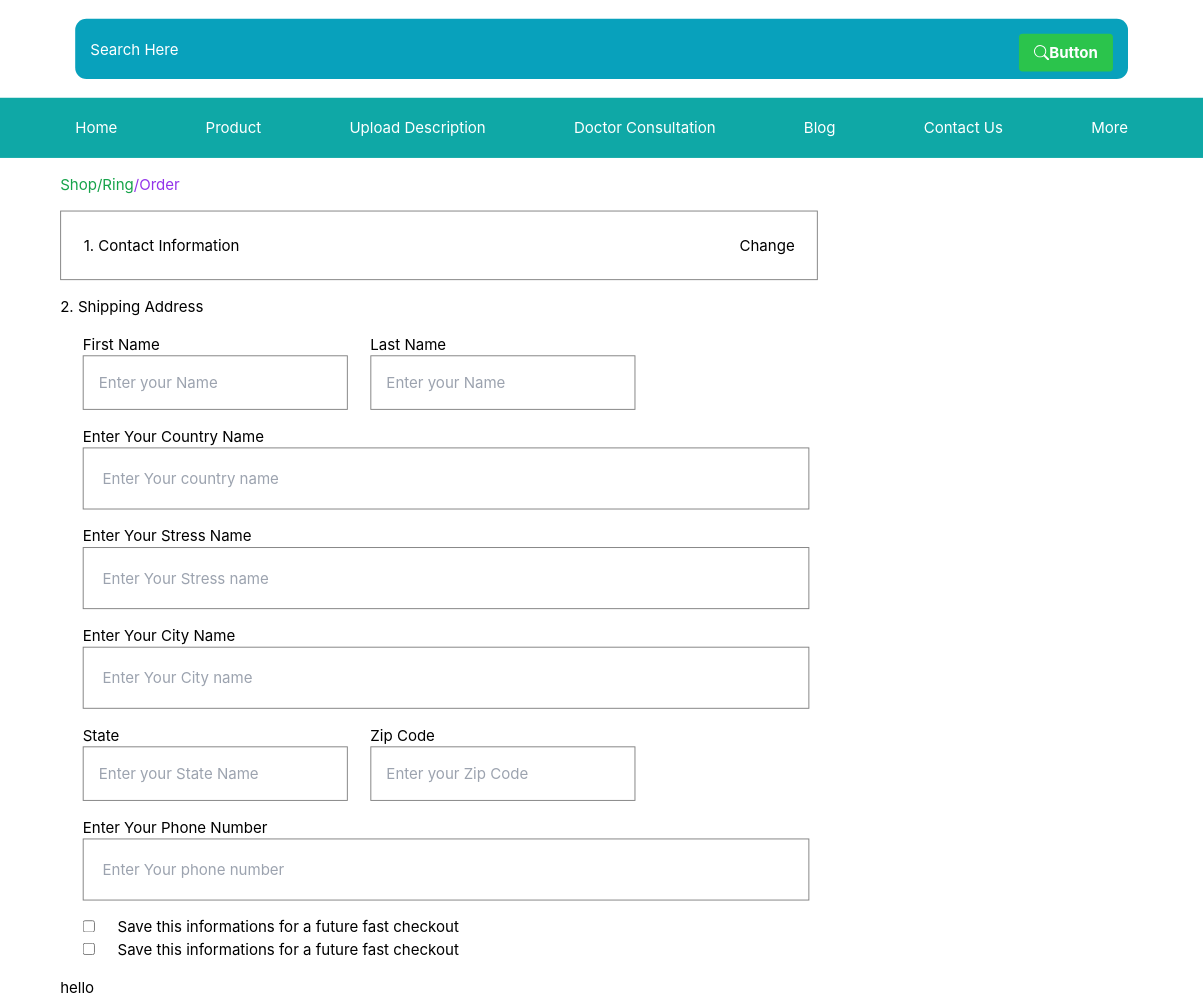
Repository: arafatmollah/form-pharma
Page: /
The author's editor kept a copy of each file at every save. The page is drawn from the files as they stood at one save, then again after the next save.
The browser window is 1280 px wide. The pictures show the whole page, at 94% of full size.
The project was rebuilt for these pictures with package versions that can differ from the ones it lists, and the page was loaded fresh each time.

Above is the page before, as saved 2023-03-15 00:05:36.

### src/index.js


import React from 'react';
import ReactDOM from 'react-dom/client';
import './index.css';
import App from './App';
import reportWebVitals from './reportWebVitals';

const root = ReactDOM.createRoot(document.getElementById('root'));
root.render(
  <React.StrictMode>
    <App />
  </React.StrictMode>
);

// If you want to start measuring performance in your app, pass a function
// to log results (for example: reportWebVitals(console.log))
// or send to an analytics endpoint. Learn more: https://bit.ly/CRA-vitals
reportWebVitals();

### src/App.js

import './App.css';
import Nav from './Nav';
import Form from './Form';

function App() {
  return (
    <div className="App">
     <Nav></Nav>
     <Form></Form>
    </div>
  );
}

export default App;

### src/App.css
.box-border{
  background-color: #08A1BC;
}
.btn {
  @apply font-bold py-2 px-4 rounded;
  background-color: #2BC44C;
  color: white;
}
.btn-blue {
  @apply bg-blue-500 text-white;
}
.btn-blue:hover {
  @apply bg-blue-700;
}
.nav{
  background-color: #0FA8A6;
}
.info{
  width: 70%;
  border: 1px solid gray;
}
.input{
  border: 1px solid gray;
}
.an{
  width: 70%;
}
.information{
  display: grid;
  grid-template-columns: 400px, 159px;
}

### src/Nav.js
import React from 'react'
import './App.css';
import { BsSearch } from 'react-icons/bs';

function Nav() {
  return (
    <div>
        <div className='box-border h-16 w-100 p-4 mx-20 my-5 rounded-xl'>
          <div className='flex justify-between align-middle'>
                <p className='text-white mt-1'>Search Here</p>
                <button className="btn mb-1 py-2 flex items-center justify-between"><BsSearch></BsSearch> Button</button>
          </div>
        </div>
        <div className='box-border h-16 w-100 nav'>
            <div className='flex mx-20 items-center justify-between text-white'>
            <div className='mt-5'>Home</div>
            <div className='mt-5'> Product</div>
            <div className='mt-5'>Upload Description</div>
            <div className='mt-5'>Doctor Consultation</div>
            <div className='mt-5'>Blog</div>
            <div className='mt-5'>Contact Us</div>
            <div className='mt-5'>More</div>
            </div>
        </div>
    </div>
  )
}

export default Nav

### src/Form.js
import React from 'react'

function form() {
  return (
    <div>
        <div className='mx-16 information'>
            <div className='flex my-4'>
                <p className='text-green-600'>Shop</p>
                <p className='text-green-600'> /Ring</p>
                <p className='text-purple-600'>/Order</p>
            </div>
            <div>
            <div className='info p-6 flex justify-between'>
              <p>1. Contact Information</p>
              <p>Change </p>
            </div>
            <div className='my-4'>
              <p>2. Shipping Address</p>
              <form className='my-4'>
               <div className='flex'>
               <div className='mx-6'>
                <label>First Name</label> <br></br>
                <input className='input p-4' type='text' placeholder="Enter your Name"></input>
                </div>
                <div>
                <label>Last Name</label> <br></br>
                <input className='input p-4' type='text' placeholder="Enter your Name"></input>
                </div>
               </div>
               <div className='my-4 mx-6'>
                <label>Enter Your Country Name</label><br></br>
                <input className='an input p-5' type='text' placeholder='Enter Your country name'></input>
               </div>
               <div className='my-4 mx-6'>
                <label>Enter Your Stress Name</label><br></br>
                <input className='an input p-5' type='text' placeholder='Enter Your Stress name'></input>
               </div>
               <div className='my-4 mx-6'>
                <label>Enter Your City Name</label><br></br>
                <input className='an input p-5' type='text' placeholder='Enter Your City name'></input>
               </div>
               <div className='flex'>
               <div className='mx-6'>
                <label>State</label> <br></br>
                <input className='input p-4' type='text' placeholder="Enter your State Name"></input>
                </div>
                <div>
                <label>Zip Code</label> <br></br>
                <input className='input p-4' type='number' placeholder="Enter your Zip Code"></input>
                </div>
               </div>
               <div className='my-4 mx-6'>
                <label>Enter Your Phone Number</label><br></br>
                <input className='an input p-5' type='number' placeholder='Enter Your phone number'></input>
               </div>
               <div>
                <input type="checkbox" className='mx-6 p-4'></input>
                <label>Save this informations for a future fast checkout</label><br></br>
                <input type="checkbox" className='mx-6 p-4'></input>
                <label>Save this informations for a future fast checkout</label>
               </div>
              </form>
            </div>
            </div>
            <div>
              <div>
                hello
              </div>
            </div>
        </div>
    </div>
  )
}

export default form

Loaded but not shown: public/index.html (common file); src/index.css (common file); src/reportWebVitals.js (common file); tailwind.config.js (common file)

After the next save:
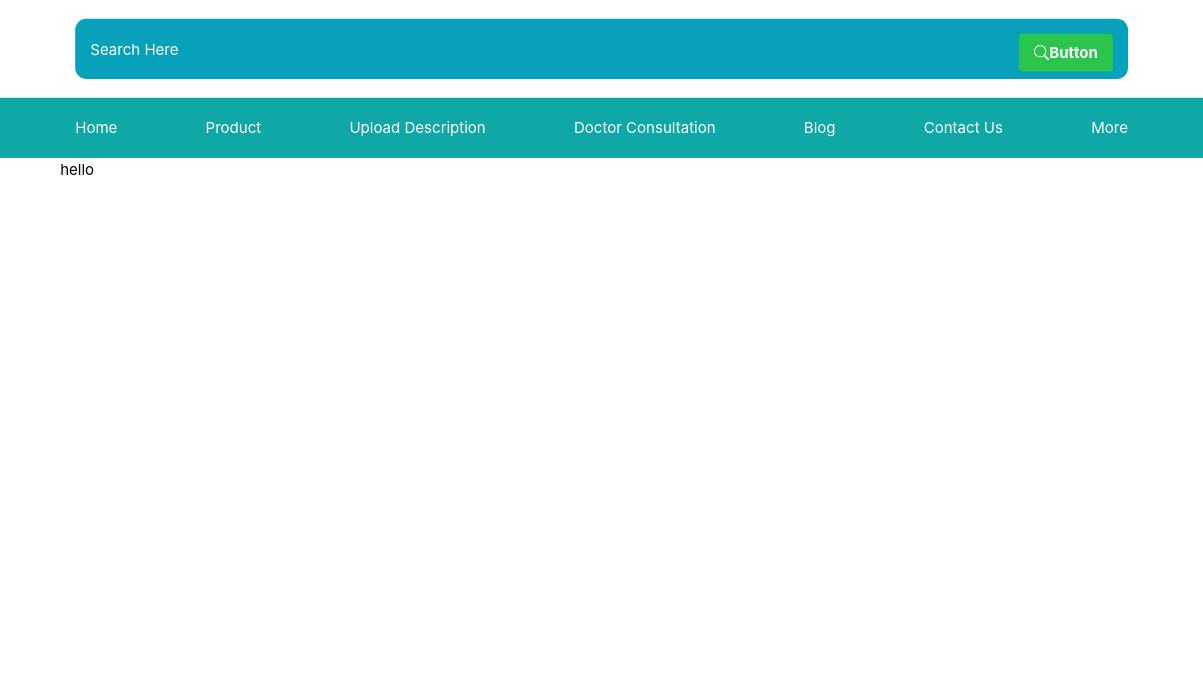
Saved 63 s later.
--- a/src/Form.js
+++ b/src/Form.js
@@ -4,64 +4,7 @@
   return (
     <div>
         <div className='mx-16 information'>
-            <div className='flex my-4'>
-                <p className='text-green-600'>Shop</p>
-                <p className='text-green-600'> /Ring</p>
-                <p className='text-purple-600'>/Order</p>
-            </div>
-            <div>
-            <div className='info p-6 flex justify-between'>
-              <p>1. Contact Information</p>
-              <p>Change </p>
-            </div>
-            <div className='my-4'>
-              <p>2. Shipping Address</p>
-              <form className='my-4'>
-               <div className='flex'>
-               <div className='mx-6'>
-                <label>First Name</label> <br></br>
-                <input className='input p-4' type='text' placeholder="Enter your Name"></input>
-                </div>
-                <div>
-                <label>Last Name</label> <br></br>
-                <input className='input p-4' type='text' placeholder="Enter your Name"></input>
-                </div>
-               </div>
-               <div className='my-4 mx-6'>
-                <label>Enter Your Country Name</label><br></br>
-                <input className='an input p-5' type='text' placeholder='Enter Your country name'></input>
-               </div>
-               <div className='my-4 mx-6'>
-                <label>Enter Your Stress Name</label><br></br>
-                <input className='an input p-5' type='text' placeholder='Enter Your Stress name'></input>
-               </div>
-               <div className='my-4 mx-6'>
-                <label>Enter Your City Name</label><br></br>
-                <input className='an input p-5' type='text' placeholder='Enter Your City name'></input>
-               </div>
-               <div className='flex'>
-               <div className='mx-6'>
-                <label>State</label> <br></br>
-                <input className='input p-4' type='text' placeholder="Enter your State Name"></input>
-                </div>
-                <div>
-                <label>Zip Code</label> <br></br>
-                <input className='input p-4' type='number' placeholder="Enter your Zip Code"></input>
-                </div>
-               </div>
-               <div className='my-4 mx-6'>
-                <label>Enter Your Phone Number</label><br></br>
-                <input className='an input p-5' type='number' placeholder='Enter Your phone number'></input>
-               </div>
-               <div>
-                <input type="checkbox" className='mx-6 p-4'></input>
-                <label>Save this informations for a future fast checkout</label><br></br>
-                <input type="checkbox" className='mx-6 p-4'></input>
-                <label>Save this informations for a future fast checkout</label>
-               </div>
-              </form>
-            </div>
-            </div>
+
             <div>
               <div>
                 hello

After the 2 saves that followed:
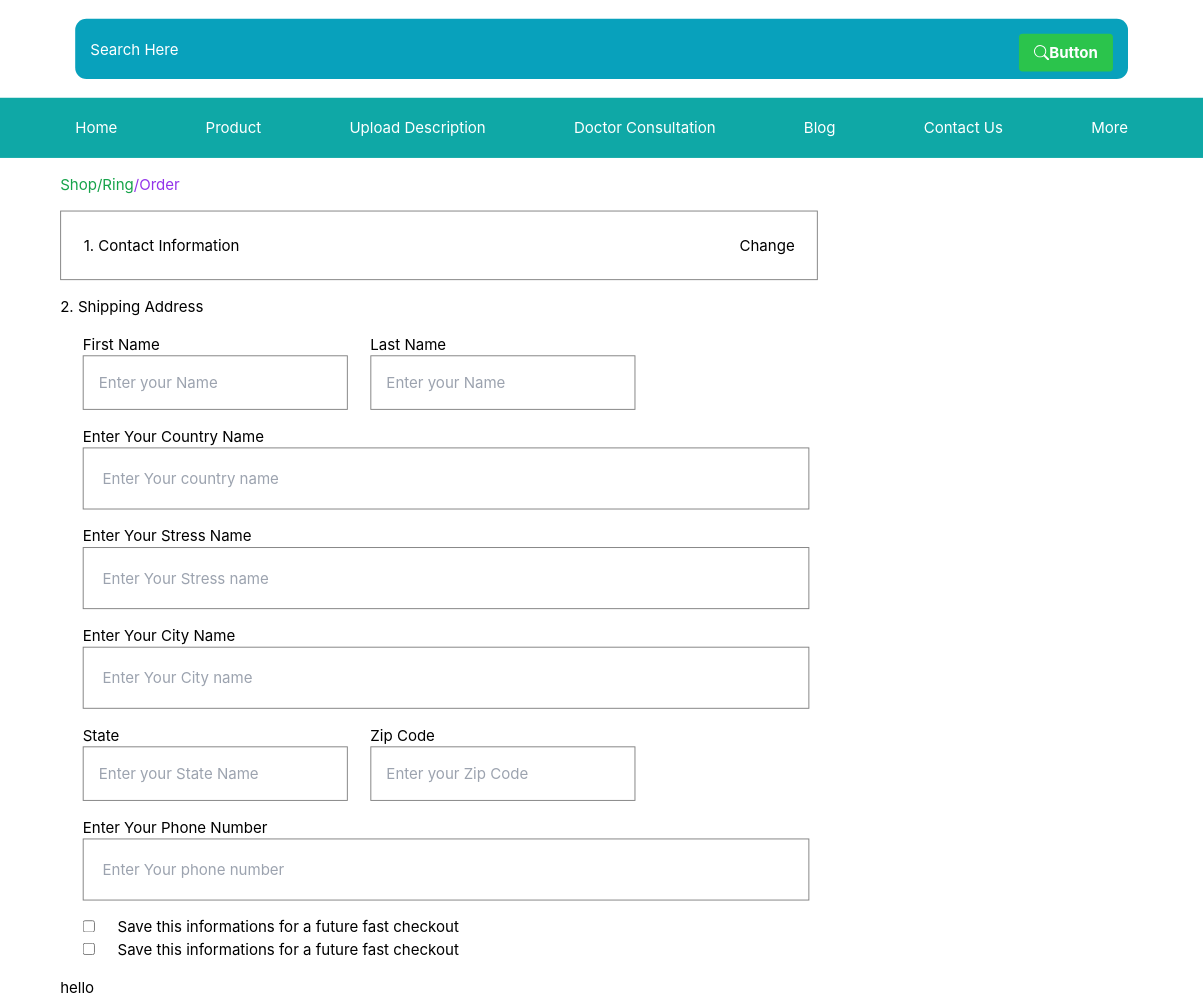
The 2 saves are shown as one change because they came seconds apart.
The last was saved 5 s later.
--- a/src/Form.js
+++ b/src/Form.js
@@ -4,7 +4,66 @@
   return (
     <div>
         <div className='mx-16 information'>
-
+            <div>
+            <div className='flex my-4'>
+                <p className='text-green-600'>Shop</p>
+                <p className='text-green-600'> /Ring</p>
+                <p className='text-purple-600'>/Order</p>
+            </div>
+            <div>
+            <div className='info p-6 flex justify-between'>
+              <p>1. Contact Information</p>
+              <p>Change </p>
+            </div>
+            <div className='my-4'>
+              <p>2. Shipping Address</p>
+              <form className='my-4'>
+               <div className='flex'>
+               <div className='mx-6'>
+                <label>First Name</label> <br></br>
+                <input className='input p-4' type='text' placeholder="Enter your Name"></input>
+                </div>
+                <div>
+                <label>Last Name</label> <br></br>
+                <input className='input p-4' type='text' placeholder="Enter your Name"></input>
+                </div>
+               </div>
+               <div className='my-4 mx-6'>
+                <label>Enter Your Country Name</label><br></br>
+                <input className='an input p-5' type='text' placeholder='Enter Your country name'></input>
+               </div>
+               <div className='my-4 mx-6'>
+                <label>Enter Your Stress Name</label><br></br>
+                <input className='an input p-5' type='text' placeholder='Enter Your Stress name'></input>
+               </div>
+               <div className='my-4 mx-6'>
+                <label>Enter Your City Name</label><br></br>
+                <input className='an input p-5' type='text' placeholder='Enter Your City name'></input>
+               </div>
+               <div className='flex'>
+               <div className='mx-6'>
+                <label>State</label> <br></br>
+                <input className='input p-4' type='text' placeholder="Enter your State Name"></input>
+                </div>
+                <div>
+                <label>Zip Code</label> <br></br>
+                <input className='input p-4' type='number' placeholder="Enter your Zip Code"></input>
+                </div>
+               </div>
+               <div className='my-4 mx-6'>
+                <label>Enter Your Phone Number</label><br></br>
+                <input className='an input p-5' type='number' placeholder='Enter Your phone number'></input>
+               </div>
+               <div>
+                <input type="checkbox" className='mx-6 p-4'></input>
+                <label>Save this informations for a future fast checkout</label><br></br>
+                <input type="checkbox" className='mx-6 p-4'></input>
+                <label>Save this informations for a future fast checkout</label>
+               </div>
+              </form>
+            </div>
+            </div>
+            </div>
             <div>
               <div>
                 hello
